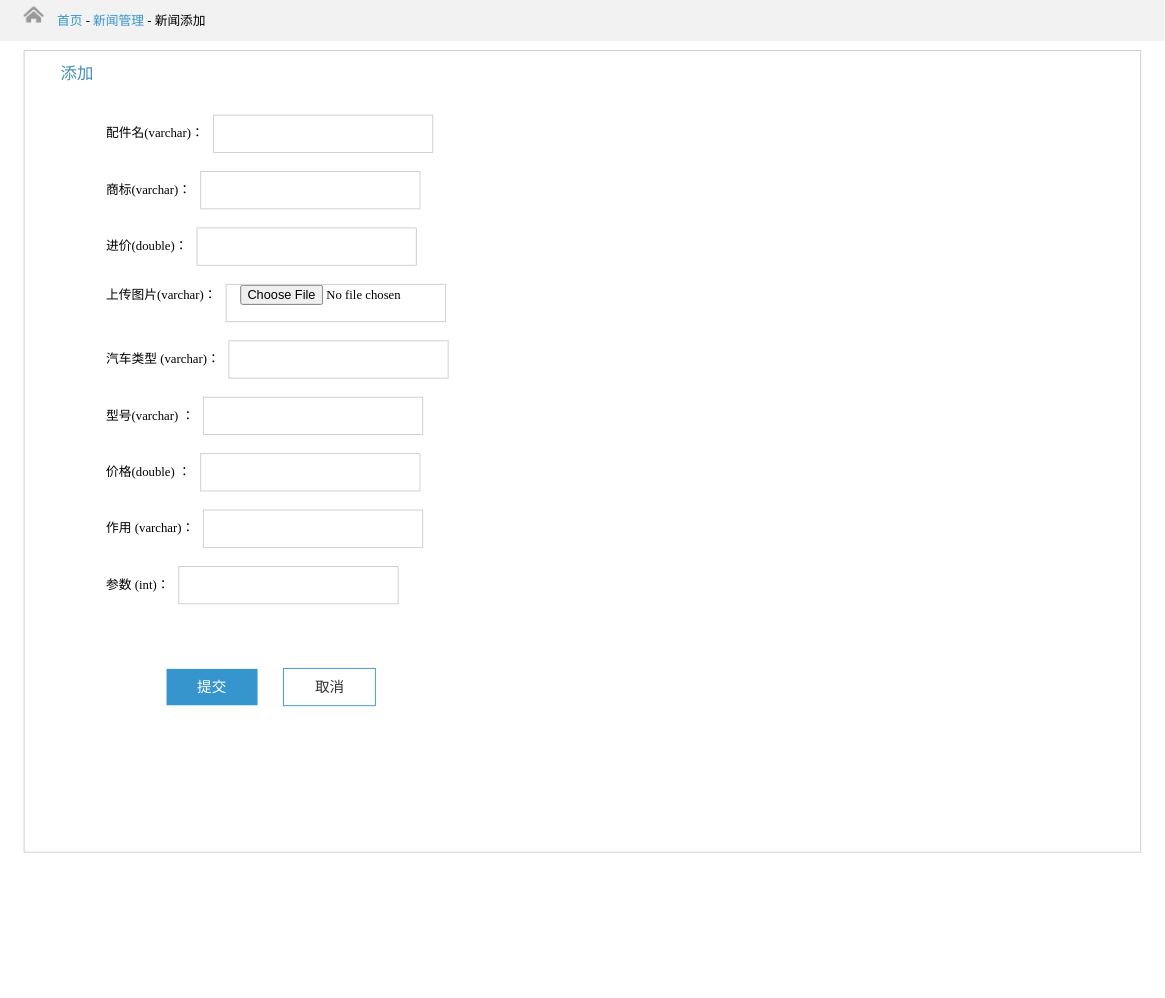
Repository: liaojingrui01/CarRepair
Page: http://localhost/CarWebPro/backstage/newsadd.jsp
The author's editor kept a copy of each file at every save. The page is drawn from the files as they stood at one save, then again after the next save.
The browser window is 1280 px wide. The pictures show the whole page, at 91% of full size.
The page is served by Tomcat 9. The template is opened directly, without the code that normally fills it, so the values that code supplies are empty.

Above is the page before, as saved 2019-07-04 01:45:18.

After the next save:
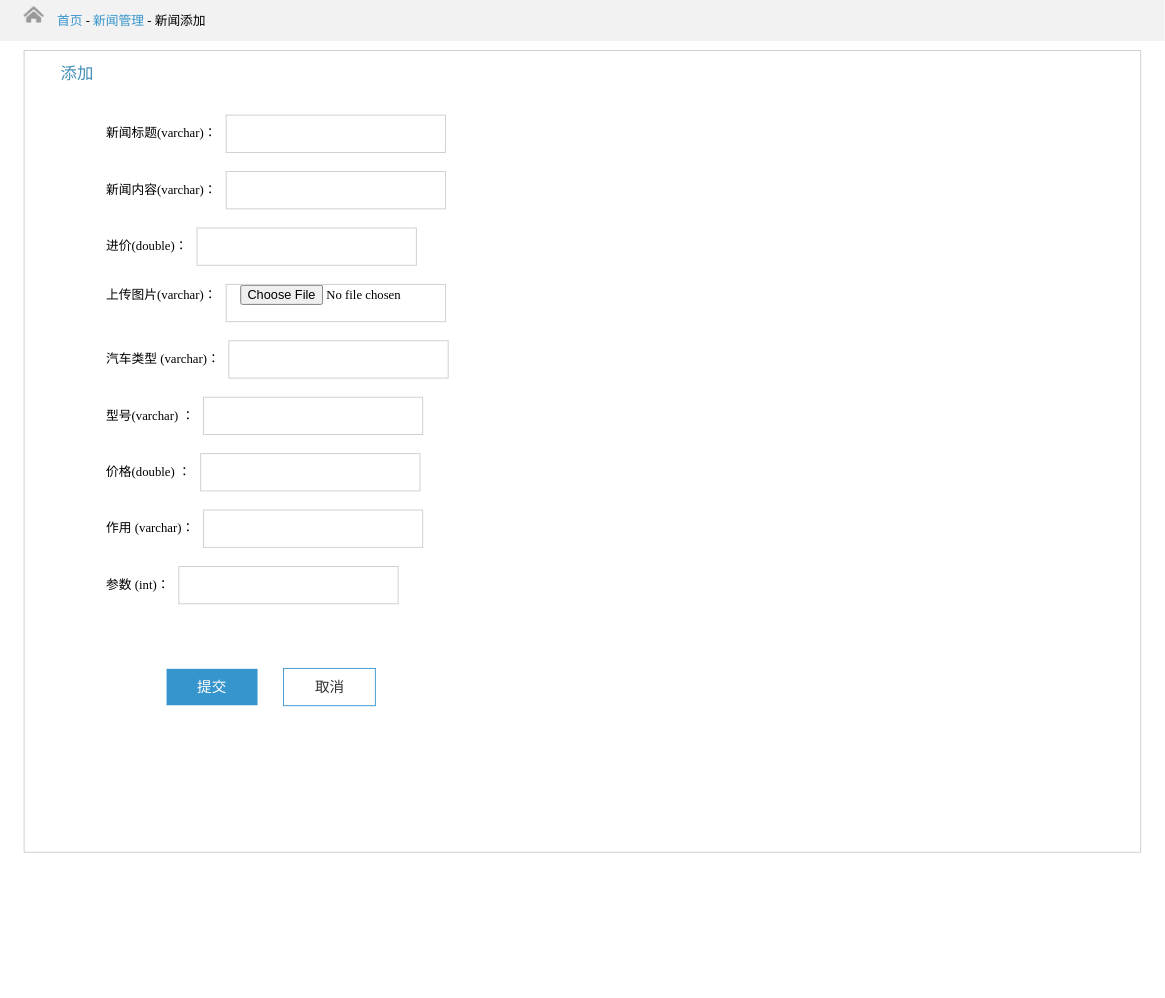
Saved 92 s later.
--- a/CarWebPro/WebContent/backstage/newsadd.jsp
+++ b/CarWebPro/WebContent/backstage/newsadd.jsp
@@ -25,10 +25,10 @@
 				<div class="baBody">
       <form action="${pageContext.request.contextPath }/StoUrl?op=saveBanner" method="post" enctype="multipart/form-data">
 					<div class="bbD">
-						配件名(varchar)：<input type="text" class="input3" name="partsName" />
+						新闻标题(varchar)：<input type="text" class="input3" name="tiltle" />
 					</div>
 					<div class="bbD">
-						商标(varchar)：<input type="text" class="input3" name="brand" />
+						新闻内容(varchar)：<input type="text" class="input3" name="brand" />
 					</div>
 					<div class="bbD">
 						进价(double)：<input type="text" class="input3" name="enterprise" />
